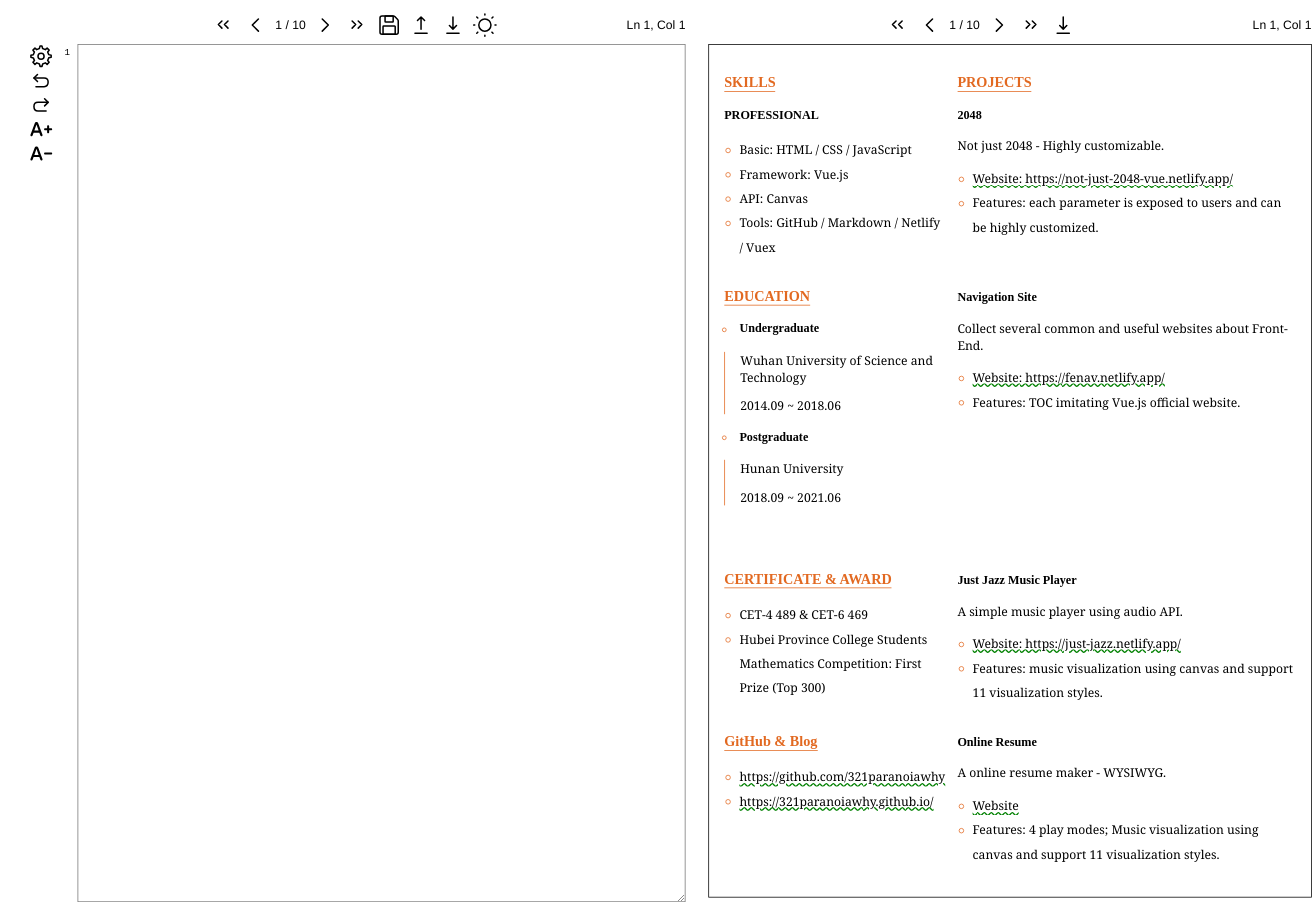
Repository: 321paranoiawhy/online-resume
Page: /
The author's editor kept a copy of each file at every save. The page is drawn from the files as they stood at one save, then again after the next save.
The browser window is 1280 px wide. The page is 1726 px wide, so the pictures cover 1726 px, including what lies to the right of the window. The pictures show the whole page, at 76% of full size.
The project was rebuilt for these pictures with package versions that can differ from the ones it lists, and the page was loaded fresh each time. Also part of the build but not shown: vue.config.js, src/components/Header.vue, src/components/Introduction.vue, src/components/Footer.vue.

Above is the page before, as saved 2022-06-08 17:57:59.

### src/App.vue
<template>
    <router-view />
</template>

<style lang="scss">
html,
body,
#app {
    height: 100%;
}
#app {
    font-family: Avenir, Helvetica, Arial, sans-serif;
    -webkit-font-smoothing: antialiased;
    -moz-osx-font-smoothing: grayscale;
    text-align: center;
    // color: #2c3e50;
}
</style>

### src/css/common.css
:root {
    --A4-width: 210mm;
    --A4-height: 297mm;
    /* CSS 全局变量, 任何地方均可通过 var() 访问变量值 */
    --base: 12;
    /* 基于 --base 计算 --font-size-small 和 --line-height-small */
    /* 参考链接: https://www.ruanyifeng.com/blog/2017/05/css-variables.html */
    --font-size-small: calc(var(--base) * 1px);
    --line-height-small: calc(var(--base) * 1.5px);
    /* 字符间距 */
    --letter-spacing: 0.05em;
}
textarea.left-textarea {
    width: var(--A4-width); /* 210 * 96 / 25.4 = 793.7 px */
    height: var(--A4-height); /* 297 * 96 / 25.4 = 1122.52 px */
    /* 字体大小 */
    font-size: var(--font-size-small);
    /* 行高 */
    line-height: var(--line-height-small);
    /* 字符间距 */
    letter-spacing: var(--letter-spacing);
    /* 统一各浏览器下 textarea 盒模型 */
    margin: 0;
    border-width: 1px;
    padding: 2px;
}
div.right-output {
    /* 1 in = 25.4 mm = 96 px */
    width: var(--A4-width); /* 210 * 96 / 25.4 = 793.7 px */
    height: var(--A4-height); /* 297 * 96 / 25.4 = 1122.52 px */
    margin: 0;
    border: 1px solid red;
    padding: 2px;
    /* & .name {
        border: 1px solid blue;
    } */
}
img {
    width: 32px;
    height: 32px;
    cursor: pointer;
}

### src/views/HomeView.vue
<template>
    <!-- <TopHeader></TopHeader> -->
    <!-- <Introduction></Introduction> -->
    <div class="main-flex">
        <LeftInput class="left-input"></LeftInput>
        <RightOutput></RightOutput>
    </div>
    <!-- <BottomFooter></BottomFooter> -->
</template>

<script>
// @ is an alias to /src
import TopHeader from "@/components/Header.vue";
import Introduction from "@/components/Introduction.vue";
import LeftInput from "@/components/LeftInput.vue";
import RightOutput from "@/components/RightOutput.vue";
import BottomFooter from "@/components/Footer.vue";

// 功能拆解
// 下载源码和渲染结果文件(HTML&CSS, PDF, DOCX), 使用 Pandoc
// LaTeX 语法支持 (引入 MathJax)
// JavaScript 实现 解析
// common.css 负责特定样式
// 切换主题或者切换模板
// 主题 白天 黑夜
// 模板 暂定唯一模板 后续定制更多模板 (寻找优雅的 resume 模板)
// autosave
// localstorage
// 左侧应有快速插入标记, 如 name
export default {
    name: "HomeView",
    components: {
        TopHeader,
        Introduction,
        LeftInput,
        RightOutput,
        BottomFooter,
    },
};
</script>

<style scoped lang="scss">
div.main-flex {
    display: flex;
    width: fit-content;
    & .left-input {
        margin-left: 30px;
        margin-right: 30px;
    }
}
</style>

### src/components/RightOutput.vue
<template>
    <div class="right-output-flex-column">
        <div class="top-flex">
            <div class="center">
                <img
                    v-for="(item, index) in rightOutputImage.slice(0, 2)"
                    :key="index"
                    :src="require('../assets/images/' + item.img_src + '.svg')"
                    :alt="item.img_src"
                    @click="Fn(item.function)"
                />
                <p>{{ currentOutputPage }} / {{ totalOutputPage }}</p>
                <img
                    v-for="(item, index) in rightOutputImage.slice(2)"
                    :key="index"
                    :src="require('../assets/images/' + item.img_src + '.svg')"
                    :alt="item.img_src"
                    @click="Fn(item.function)"
                />
            </div>
            <!-- 快速跳转至某行某列 (默认当前页) -->
            <p @click="gotoLnAndCol">Ln 1, Col 1</p>
        </div>
        <!-- <div class="right-output" ref="output"></div> -->
        <testTemplate></testTemplate>
    </div>
</template>

<script>
import rightOutputImage from "/public/data/rightOutputImage.json";
import testTemplate from "./testTemplate.vue";

import { onMounted, ref, watch } from "@vue/runtime-core";
import { useStore } from "vuex";

export default {
    name: "RightOutput",
    components: {
        testTemplate,
    },
    setup() {
        let currentOutputPage = ref(1);
        let totalOutputPage = ref(10);
        const store = useStore();
        let output = ref(null);
        // 思路一: 根据左边输入栏实时输出至右边, 并设置相应的样式
        // 思路二: 默认右边已有示例模板, 左边输入栏实时输入右边输出栏实时更新替换
        // 思路二更优: 用户可预览, 页面须有提示或者有帮助文档 F1 查看 各块对应语法 syntax
        onMounted(() => {
            // output.value.value = computed(() => {
            //     console.log(store.state.compiledHTML);
            //     return store.state.compiledHTML;
            // });
            // output.value.innerHTML = store.state.compiledHTML;
        });
        watch(
            () => store.state.compiledHTML,
            () => {
                output.value.innerHTML = store.state.compiledHTML;
                // 设置 CSS 样式
            }
        );
        return {
            rightOutputImage,
            currentOutputPage,
            totalOutputPage,
            output,
        };
    },
};
</script>

<style scoped lang="scss">
.right-output-flex-column {
    display: flex;
    flex-direction: column;
    & div.top-flex {
        display: flex;
        width: 210mm;
        margin-left: auto;
        justify-content: center;
        & div.center {
            flex-grow: 1;
            display: flex;
            justify-content: center;
            align-items: center;
            gap: 10px;
        }
    }
}
</style>

### src/components/Sidebar.vue
<template>
    <div class="sidebar-flex-column">
        <img
            v-for="(item, index) in sidebarImage"
            :key="index"
            :src="require('../assets/images/' + item.img_src + '.svg')"
            :alt="item.img_src"
            @click="Fn(item.function)"
        />
    </div>
</template>

<script>
// 引入图片 json 数据文件
import sidebarImage from "/public/data/sidebarImage.json";

export default {
    name: "Sidebar",
    setup() {
        // 当前 base
        let currentBase = 12;
        // Fn: 根据入参执行相应函数
        let Fn = (parameter) => {
            switch (parameter) {
                case "set":
                    break;
                // 撤销 TODO(有限次 or 无限次)
                case "undo":
                    break;
                // 重做 TODO
                case "redo":
                    break;
                // 每次 --base +2
                case "textIncrease":
                    // 最大值: 24 (2*12)
                    if (currentBase === 24) {
                        return;
                    }
                    // 修改 root --base (可同步修改 --font-size-small,--line-height-small)
                    document.documentElement.style.setProperty(
                        "--base",
                        `${currentBase + 2}`
                    );
                    // 更新 currentBase
                    currentBase += 2;
                    break;
                // 每次 --base -2
                case "textDecrease":
                    // 最小值: 8
                    if (currentBase === 8) {
                        return;
                    }
                    document.documentElement.style.setProperty(
                        "--base",
                        `${currentBase - 2}`
                    );
                    // 更新 currentBase
                    currentBase -= 2;
                    break;
                default:
                    break;
            }
        };
        return {
            sidebarImage,
            currentBase,
            Fn,
        };
    },
};
</script>

<style scoped lang="scss">
.sidebar-flex-column {
    display: flex;
    flex-direction: column;
    width: fit-content;
    height: fit-content;
}
</style>

### src/components/testTemplateEN.vue
<template>
    <div class="grid">
        <div>
            <h3>SKILLS</h3>
            <h4>PROFESSIONAL</h4>
            <ul>
                <li>Basic: HTML / CSS / JavaScript</li>
                <li>Framework: Vue.js</li>
                <li>API: Canvas</li>
                <li>Tools: GitHub / Markdown / Netlify / Vuex</li>
            </ul>
        </div>
        <div>
            <h3>PROJECTS</h3>
            <h4>2048</h4>
            <p>Not just 2048 - Highly customizable.</p>
            <ul>
                <li>
                    <a href="https://not-just-2048-vue.netlify.app/"
                        >Website: https://not-just-2048-vue.netlify.app/</a
                    >
                </li>
                <li>
                    Features: each parameter is exposed to users and can be
                    highly customized.
                </li>
            </ul>
        </div>
        <div>
            <h3>EDUCATION</h3>
            <h4 class="disc">Undergraduate</h4>
            <div class="border">
                <p>Wuhan University of Science and Technology</p>
                <p>2014.09 ~ 2018.06</p>
            </div>
            <h4 class="disc">Postgraduate</h4>
            <div class="border">
                <p>Hunan University</p>
                <p>2018.09 ~ 2021.06</p>
            </div>
        </div>
        <div>
            <h4>Navigation Site</h4>
            <p>Collect several common and useful websites about Front-End.</p>
            <ul>
                <li>
                    <a href="https://fenav.netlify.app/"
                        >Website: https://fenav.netlify.app/</a
                    >
                </li>
                <li>Features: TOC imitating Vue.js official website.</li>
            </ul>
        </div>
        <div>
            <h3>CERTIFICATE & AWARD</h3>
            <ul>
                <li>CET-4 489 & CET-6 469</li>
                <li>
                    Hubei Province College Students Mathematics Competition:
                    First Prize (Top 300)
                </li>
            </ul>
        </div>
        <div>
            <h4>Just Jazz Music Player</h4>
            <p>A simple music player using audio API.</p>
            <ul>
                <li>
                    <a href="https://just-jazz.netlify.app/"
                        >Website: https://just-jazz.netlify.app/</a
                    >
                </li>
                <li>
                    Features: music visualization using canvas and support 11
                    visualization styles.
                </li>
            </ul>
        </div>
        <div>
            <h3>GitHub & Blog</h3>
            <ul>
                <li>
                    <a href="https://github.com/321paranoiawhy"
                        >https://github.com/321paranoiawhy</a
                    >
                </li>
                <li>
                    <a href="https://321paranoiawhy.github.io/"
                        >https://321paranoiawhy.github.io/</a
                    >
                </li>
            </ul>
        </div>
        <div>
            <h4>Online Resume</h4>
            <p>A online resume maker - WYSIWYG.</p>
            <ul>
                <li>
                    <a href="https://just-jazz.netlify.app/">Website</a>
                </li>
                <li>
                    Features: 4 play modes; Music visualization using canvas and
                    support 11 visualization styles.
                </li>
            </ul>
        </div>
    </div>
</template>

<script>
export default {
    name: "testTemplate",
    setup() {
        return {};
    },
};
</script>

<style scoped lang="scss">
// @import url("https://fonts.googleapis.com/css2?family=Cormorant+Garamond:wght@500&display=swap");
$margin-left: 20px;
div.grid {
    display: grid;
    grid-template-columns: 0.618fr 1fr;
    // grid-template-rows: auto;
    column-gap: 1rem;
    width: var(--A4-width);
    height: var(--A4-height);
    // background-color: #e6e6e6;
    text-align: left;
    // border-box
    box-sizing: border-box;
    // 内边距
    padding: 20px;
    border: 1px solid;
    & ul {
        padding: 0 0 0 $margin-left;
        margin: 0;
        list-style-type: circle;
        font-family: Cambria;
        & li {
            & img {
                width: 24px;
                height: 24px;
                vertical-align: middle;
                margin-right: 5px;
            }
            height: 2rem;
            line-height: 2rem;
        }
    }
    & ul li::marker {
        color: #e26921;
    }
    & p {
        font-family: Cambria;
    }
    & h3 {
        color: #e26921;
        font-family: didot;
        width: fit-content;
        border-bottom: 1px solid;
    }
    & h4 {
        font-family: didot;
    }
    & h4.disc {
        position: relative;
        margin-left: $margin-left;
        &::before {
            position: absolute;
            content: " ";
            left: -23.2px;
            top: 40%;
            width: 4.4px;
            height: 4.4px;
            border: 1px solid #e26921;
            border-radius: 50%;
        }
    }
    & a {
        text-decoration: green wavy underline;
        color: inherit;
        // font-family: Cambria;
        // font-family: "Cormorant Garamond", serif;
    }
    & div.border {
        border-left: 1px solid #e26921;
        & p {
            margin-left: $margin-left;
        }
    }
}
</style>

Loaded but not shown: public/index.html (common file); src/router/index.js (common file); public/data/leftInputImage.json (30 lines, source omitted); public/data/rightOutputImage.json (22 lines, source omitted); public/data/sidebarImage.json (22 lines, source omitted); src/store/index.js (34 lines, source omitted); src/main.js (8 lines, source omitted); src/components/LeftInput.vue (291 lines, source omitted); src/components/testTemplate.vue (194 lines, source omitted)

After the next save:
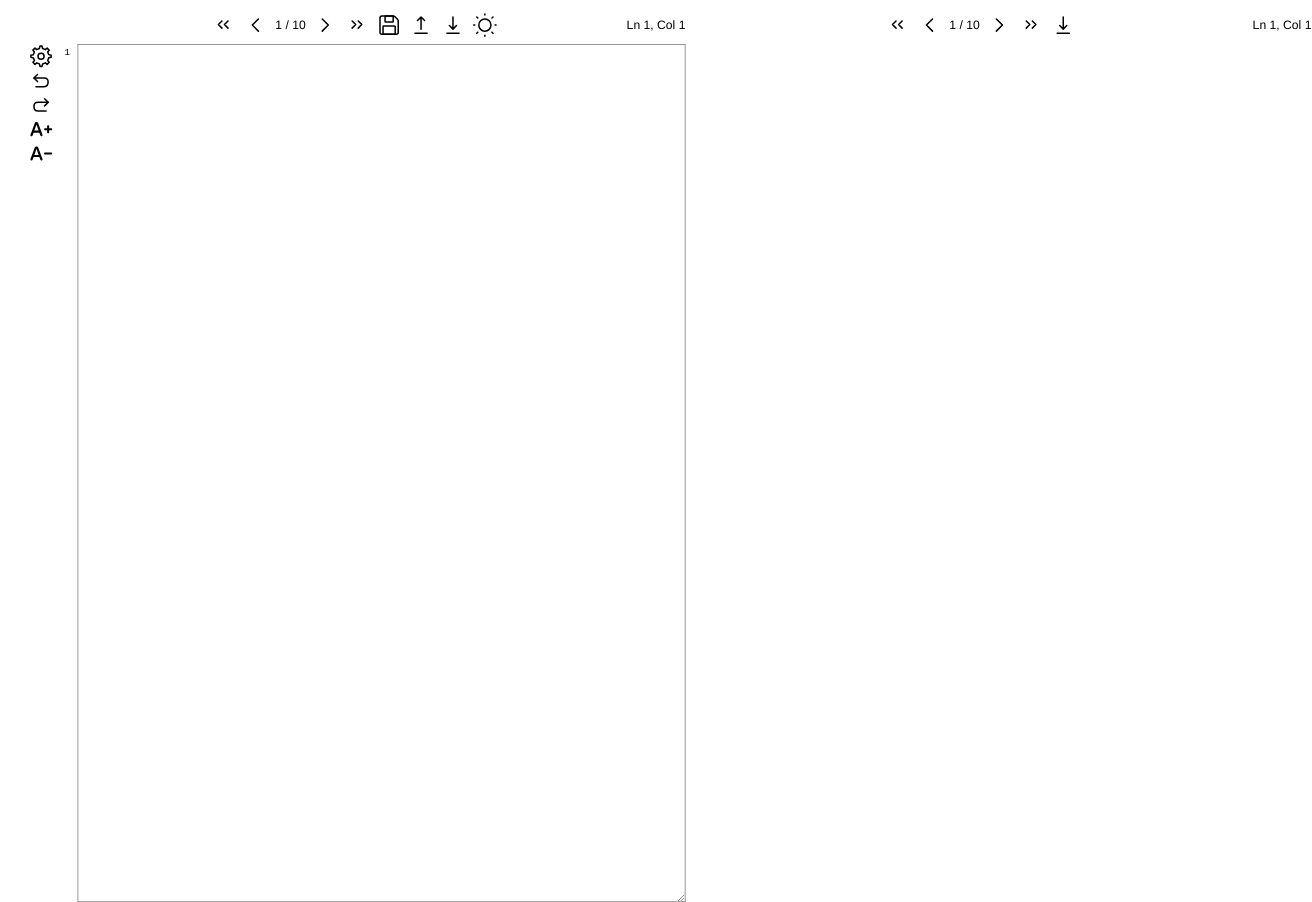
Saved 47 s later.
--- a/src/components/RightOutput.vue
+++ b/src/components/RightOutput.vue
@@ -28,7 +28,7 @@
 
 <script>
 import rightOutputImage from "/public/data/rightOutputImage.json";
-import testTemplate from "./testTemplate.vue";
+import testTemplateEN from "./testTemplateEN.vue";
 
 import { onMounted, ref, watch } from "@vue/runtime-core";
 import { useStore } from "vuex";
@@ -36,7 +36,7 @@ import { useStore } from "vuex";
 export default {
     name: "RightOutput",
     components: {
-        testTemplate,
+        testTemplateEN,
     },
     setup() {
         let currentOutputPage = ref(1);

After the save that followed:
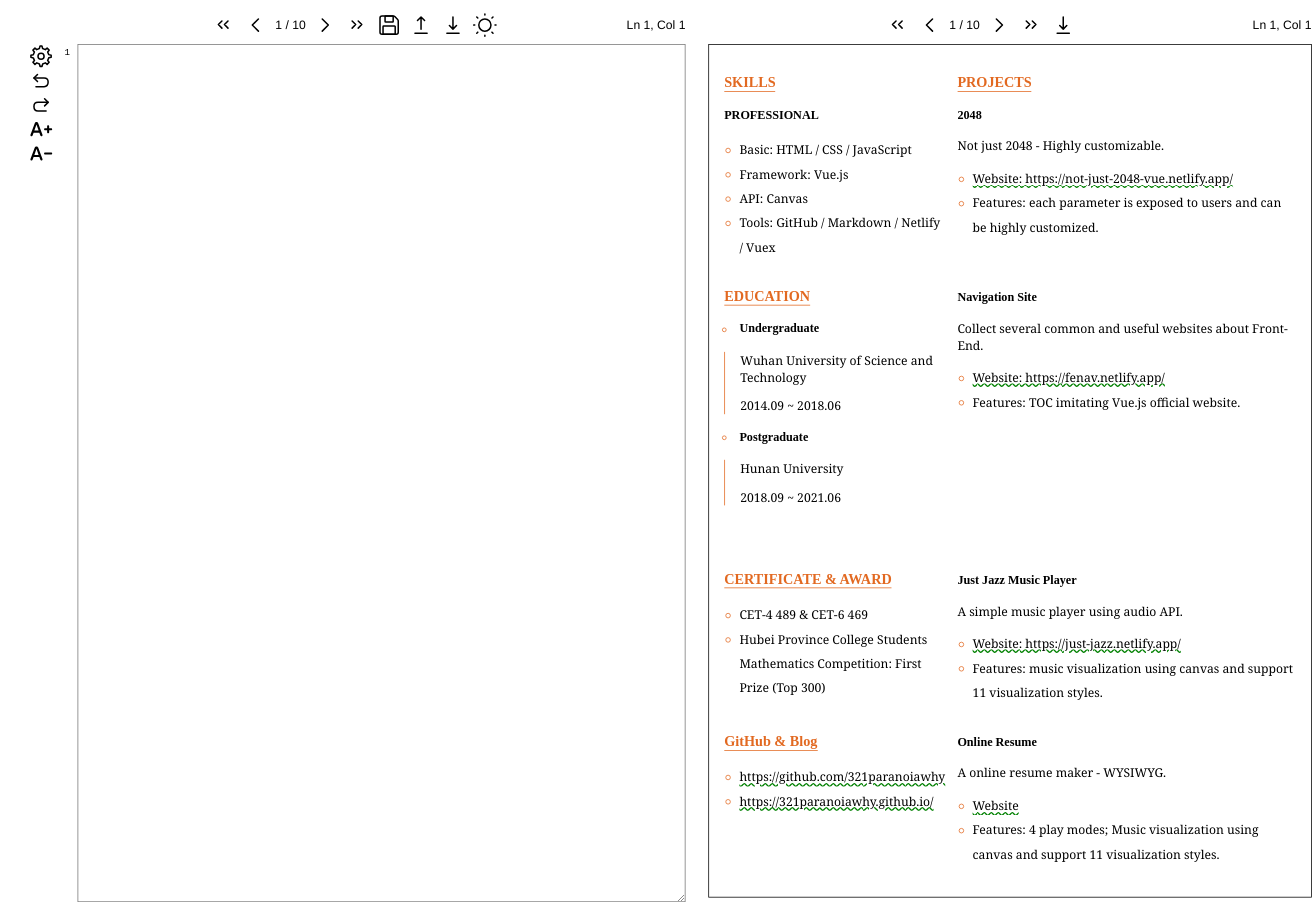
Saved 14 s later.
--- a/src/components/RightOutput.vue
+++ b/src/components/RightOutput.vue
@@ -22,7 +22,7 @@
             <p @click="gotoLnAndCol">Ln 1, Col 1</p>
         </div>
         <!-- <div class="right-output" ref="output"></div> -->
-        <testTemplate></testTemplate>
+        <testTemplateEN></testTemplateEN>
     </div>
 </template>
 
